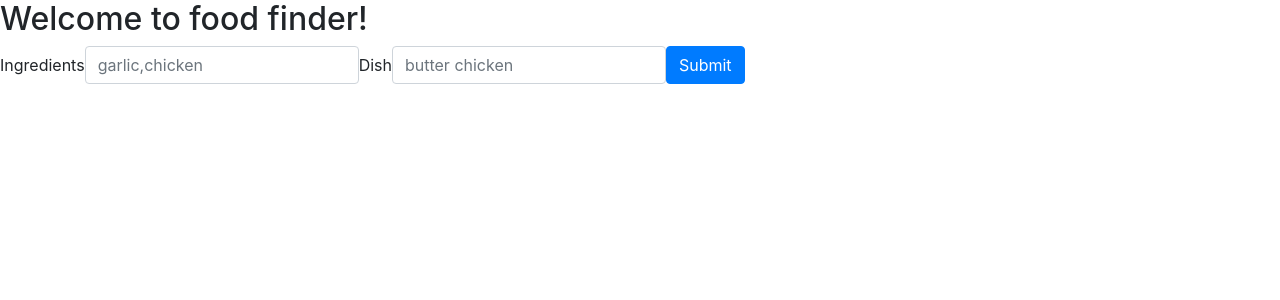
Repository: ratanparmar/receipesearch
Page: /
An editor plug-in stored every save of this project. The page is shown before and after the next save, followed by the edit.
The browser window is 1280 px wide. The pictures show the whole page.
The project was rebuilt for these pictures with package versions that can differ from the ones it lists, and the page was loaded fresh each time.

Above is the page before, as saved 2019-12-10 16:12:59.

### public/index.html
<!DOCTYPE html>
<html lang="en">
  <head>
    <meta charset="utf-8" />
    <link rel="icon" href="%PUBLIC_URL%/favicon.ico" />
    <meta name="viewport" content="width=device-width, initial-scale=1" />
    <meta name="theme-color" content="#000000" />
    <meta
      name="description"
      content="Web site created using create-react-app"
    />
    <link rel="apple-touch-icon" href="%PUBLIC_URL%/logo192.png" />
    <!--
      manifest.json provides metadata used when your web app is installed on a
      user's mobile device or desktop. See https://developers.google.com/web/fundamentals/web-app-manifest/
    -->
    <link rel="manifest" href="%PUBLIC_URL%/manifest.json" />
    <!--
      Notice the use of %PUBLIC_URL% in the tags above.
      It will be replaced with the URL of the `public` folder during the build.
      Only files inside the `public` folder can be referenced from the HTML.

      Unlike "/favicon.ico" or "favicon.ico", "%PUBLIC_URL%/favicon.ico" will
      work correctly both with client-side routing and a non-root public URL.
      Learn how to configure a non-root public URL by running `npm run build`.
    -->
    <link rel="stylesheet" href="https://stackpath.bootstrapcdn.com/bootstrap/4.3.1/css/bootstrap.min.css" integrity="sha384-ggOyR0iXCbMQv3Xipma34MD+dH/1fQ784/j6cY/iJTQUOhcWr7x9JvoRxT2MZw1T" crossorigin="anonymous">

    <title>React App</title>
  </head>
  <body>
    <noscript>You need to enable JavaScript to run this app.</noscript>
    <div id="root"></div>
    <!--
      This HTML file is a template.
      If you open it directly in the browser, you will see an empty page.

      You can add webfonts, meta tags, or analytics to this file.
      The build step will place the bundled scripts into the <body> tag.

      To begin the development, run `npm start` or `yarn start`.
      To create a production bundle, use `npm run build` or `yarn build`.
    -->
  </body>
</html>

### src/index.js
import React from 'react'
import ReactDOM from 'react-dom'
import App from './components/App'
ReactDOM.render( <App/>,document.getElementById('root'))

### src/components/App.js
import React , { Component } from 'react'

import Searchbar from './Searchbar'

class App extends Component{
    render(){
        return(
            <div>
                <h2> Welcome to food finder!
                </h2>
                <div>
                    <Searchbar/>
                </div>
            </div>
        )
    }
}

export default App;

### src/components/Searchbar.js
import React,{ Component } from 'react'
import {Form, FormControl,FormGroup,FormLabel,Button} from 'react-bootstrap'

class Searchbar extends Component{
    render(){
        // Use FormLable in place off ControlLabel
        return(
            <Form inline>
                <FormGroup>
                    <FormLabel>Ingredients</FormLabel>
                    {''}
                        <FormControl type="text" placeholder='garlic,chicken'/>
                </FormGroup>
                {''}
                <FormGroup>
                    <FormLabel>Dish</FormLabel>
                    {''}
                    <FormControl type="text" placeholder='butter chicken'/>
                </FormGroup>
                {''}
                <Button>Submit</Button>
            </Form>
        )
    }
}
export default Searchbar;

### src/style/index.css
body{
    text-align: center;
    padding: 5%;
}

After the next save:
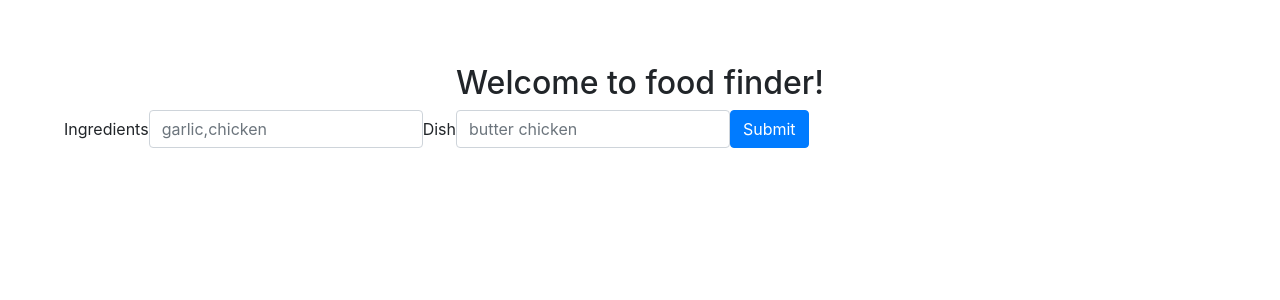
Saved 28 s later.
--- a/src/components/App.js
+++ b/src/components/App.js
@@ -1,7 +1,7 @@
 import React , { Component } from 'react'
 
 import Searchbar from './Searchbar'
-
+import '../style/index.css'
 class App extends Component{
     render(){
         return(
